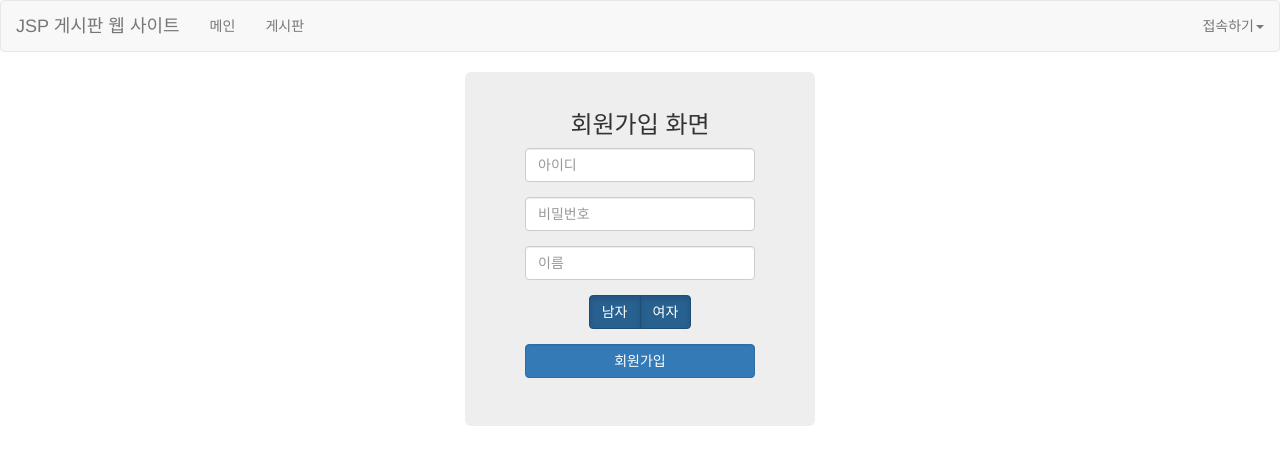
Repository: winter9388/JSP_BBS
Page: http://localhost/BBS/join.jsp
An editor plug-in stored every save of this project. The page is shown before and after the next save, followed by the edit.
The browser window is 1280 px wide. The pictures show the whole page.
Some web libraries are served in a nearby version. The page is served by Tomcat 9. Other server files are loaded and not shown.

Above is the page before, as saved 2022-08-11 07:05:55.

### BBS/src/main/webapp/join.jsp
<%@ page language="java" contentType="text/html; charset=UTF-8"
    pageEncoding="UTF-8"%>
<!DOCTYPE html>
<html>
<head>
<meta charset="UTF-8">
<meta name="viewport" content="width=device-width", initial-scale="1">
<link rel="stylesheet" href="css/bootstrap.css">
<title>JSP 게시판 웹 사이트</title>
</head>
<body>
	<nav class="navbar navbar-default">
		<div class="navbar-header">
			<button type="button" class="navbar-toggle collapsed"
				data-toggle="collapse" data-target="#bs-example-navbar-collapse-1"
				aria-expended="false">
				<span class="icon-bar"></span>
				<span class="icon-bar"></span>
				<span class="icon-bar"></span>
			</button>
			<a class="navbar-brand" href="main.jsp">JSP 게시판 웹 사이트</a>
		</div>
		<div class="collapse navbar-collapse" id="bs-example-navbar-collapse-1"
			aria-expended="false">
			<ul class="nav navbar-nav">
				<li><a href="main.jsp">메인</a></li>
				<li><a href="bbs.jsp">게시판</a></li>
			</ul>
			<ul class="nav navbar-nav navbar-right">
				<li class="dropdown">
					<a href="#" class="dropdown-toggle"
						data-toggle="dropdown" role="button" aria-haspopup="true"
						aria-expanded="false">접속하기<span class="caret"></span></a>
					<ul class="dropdown-menu">
						<li class="active"><a href="login.jsp">로그인</a></li>
						<li><a href="join.jsp">회원가입</a></li>
					</ul>
				</li>
			</ul>
		</div>
	</nav>
	<div class="container">
		<div class="col-lg-4"></div>
		<div class="col-lg-4">
			<div class="jumbotron" style="padding-top: 20px">
				<form method="post" action="loginAction.jsp">
					<h3 style="text-align: center;">회원가입 화면</h3>
					<div class="form-group">
						<input type="text" class="form-control" placeholder="아이디" name="userID" maxlength="20">
					</div>
					<div class="form-group">
						<input type="password" class="form-control" placeholder="비밀번호" name="userPassword" maxlength="20">
					</div>
					<div class="form-group">
						<input type="text" class="form-control" placeholder="이름" name="userName" maxlength="20">
					</div>
					<div class="form-group" style="text-align: center;">
						<div class="btn-group" data-toggle="buttons">
							<label class="btn btn-primary active">
								<input type="radio" name="userGender" autocomplete="off" value="남자" checked>남자
							</label>
							<label class="btn btn-primary active">
								<input type="radio" name="userGender" autocomplete="off" value="여자">여자
							</label>
						</div>
					</div>
					<input type="submit" class="btn btn-primary form-control" value="회원가입">
				</form>
			</div>
		</div>
		<div class="col-lg-4"></div>
	</div>

	<script src="https://code.jquery.com/jquery-3.1.1.min.js"></script>
	<script src="js/bootstrap.js"></script>
</body>
</html>

Loaded but not shown: BBS/src/main/webapp/css/bootstrap.css (library); BBS/src/main/webapp/js/bootstrap.js (library)

After the next save:
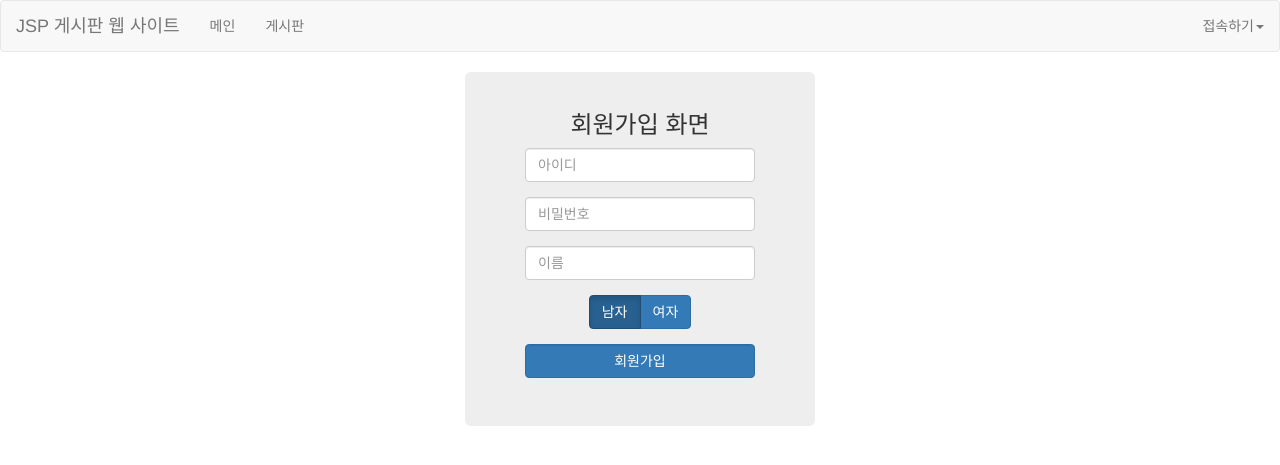
Saved 11 s later.
--- a/BBS/src/main/webapp/join.jsp
+++ b/BBS/src/main/webapp/join.jsp
@@ -59,7 +59,7 @@
 							<label class="btn btn-primary active">
 								<input type="radio" name="userGender" autocomplete="off" value="남자" checked>남자
 							</label>
-							<label class="btn btn-primary active">
+							<label class="btn btn-primary">
 								<input type="radio" name="userGender" autocomplete="off" value="여자">여자
 							</label>
 						</div>
